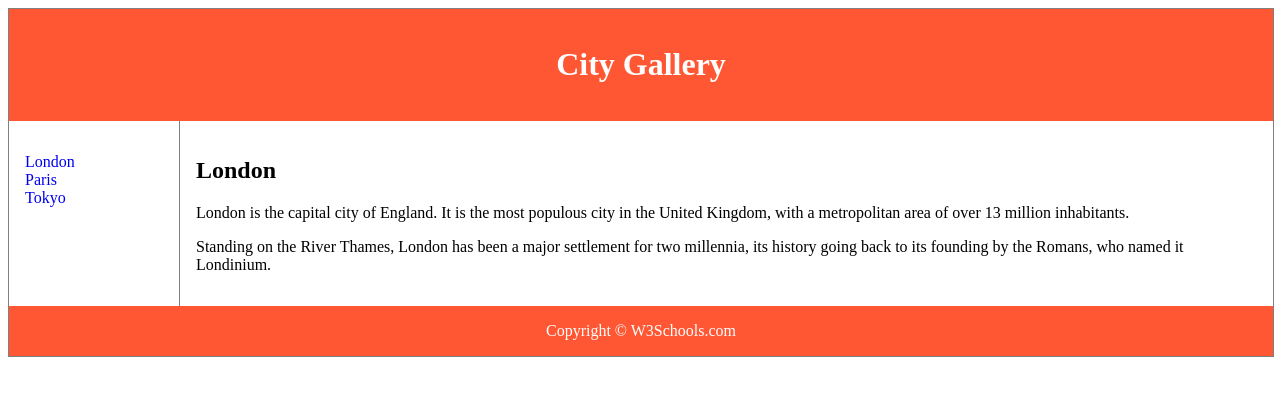
Repository: guribrar/enrolmentapp
Page: http://localhost/enrolmentapp/testlogin.jsp
The author's editor kept a copy of each file at every save. The page is drawn from the files as they stood at one save, then again after the next save.
The browser window is 1280 px wide. The pictures show the whole page.
The page is served by Tomcat 9.

Above is the page before, as saved 2016-12-31 14:58:09.

After the next save:
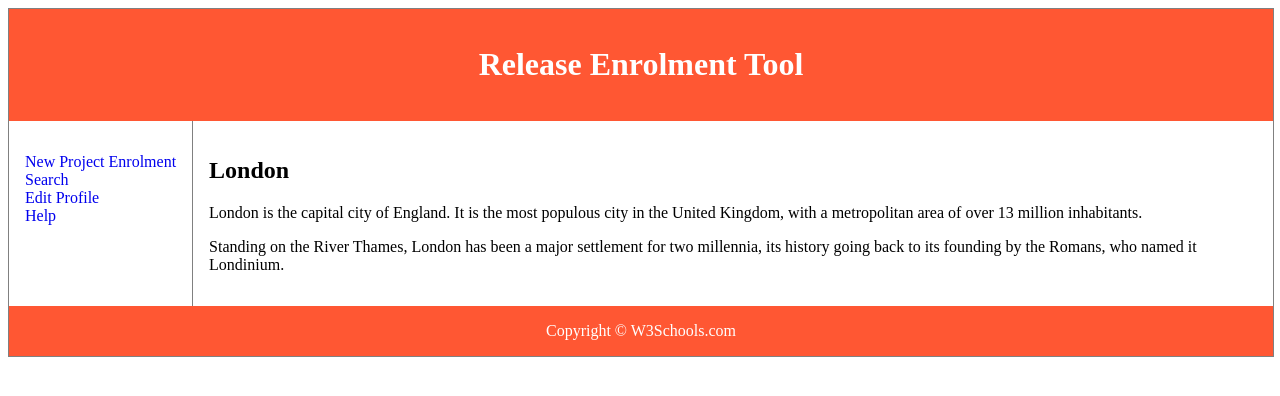
Saved 87 s later.
--- a/enrolmentapp/WebContent/testlogin.jsp
+++ b/enrolmentapp/WebContent/testlogin.jsp
@@ -50,14 +50,15 @@ article {
 <div class="container">
 
 <header>
-   <h1>City Gallery</h1>
+   <h1>Release Enrolment Tool</h1>
 </header>
 
 <nav>
   <ul>
-    <li><a href="#">London</a></li>
-    <li><a href="#">Paris</a></li>
-    <li><a href="#">Tokyo</a></li>
+    <li><a href="#">New Project Enrolment</a></li>
+    <li><a href="#">Search</a></li>
+    <li><a href="#">Edit Profile</a></li>
+    <li><a href="#">Help</a></li>
   </ul>
 </nav>
 
